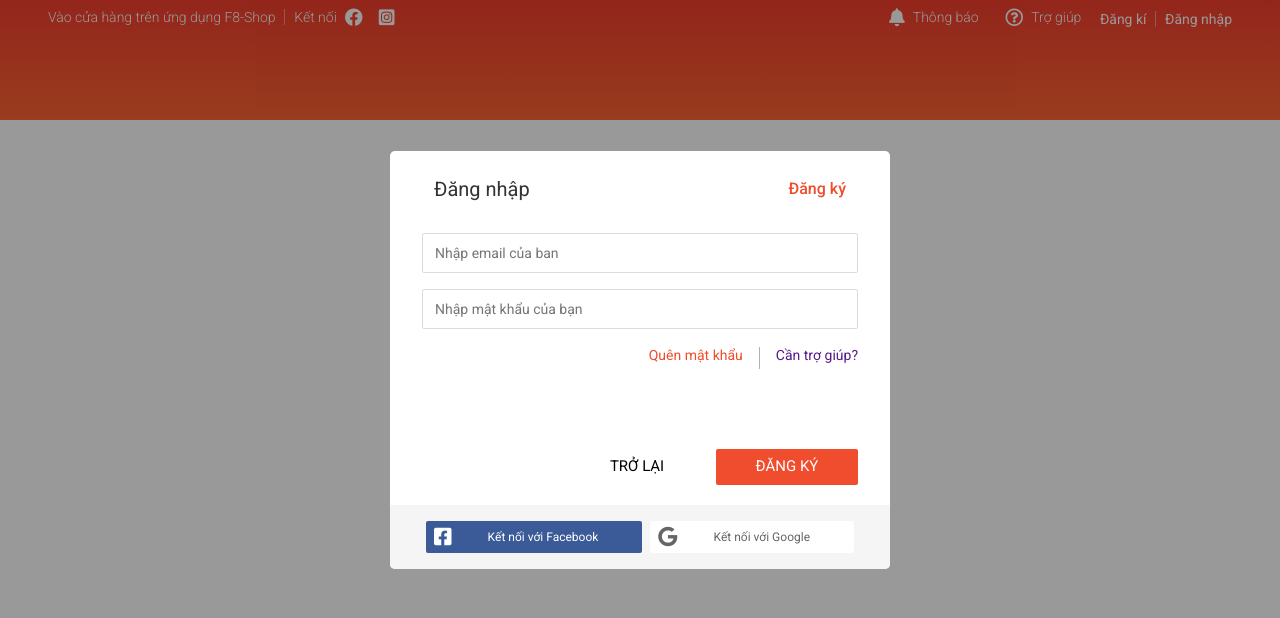
Repository: Phunobita/F8-shop
Page: index.html
These files come from the project's save history. The page is drawn as it stood at one moment and after the next save; the edit follows.
The browser window is 1280 px wide. The pictures show the whole page.

Above is the page before, as saved 2021-11-24 20:50:42.

After the next save:
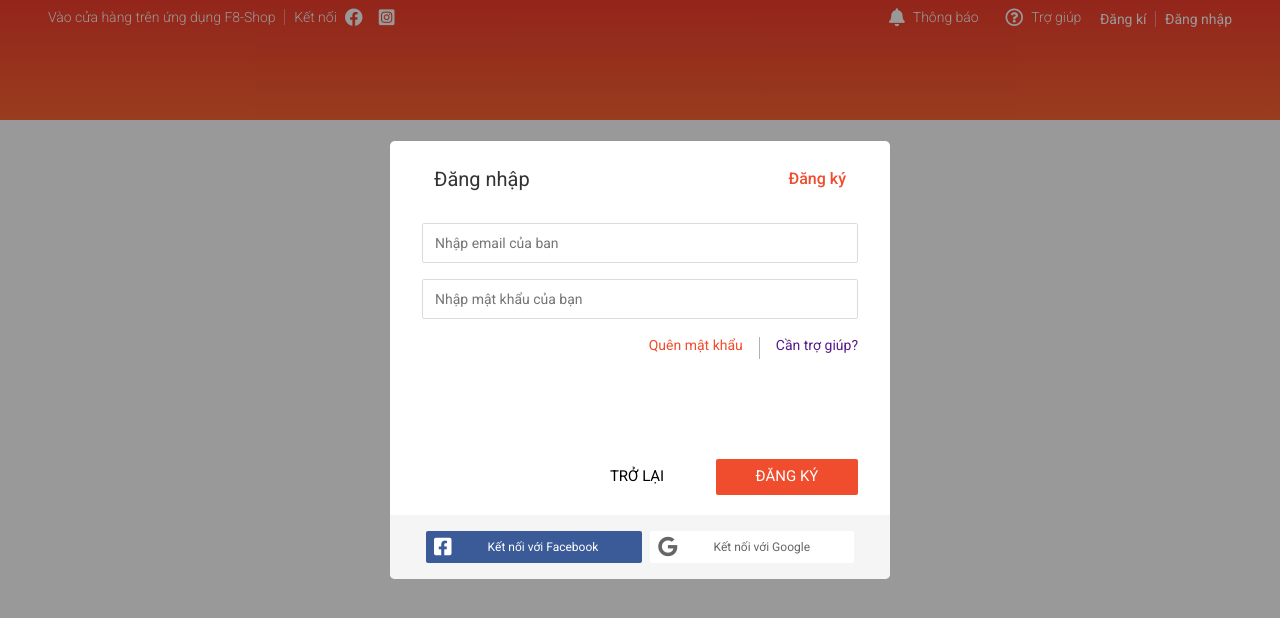
Saved 7 s later.
--- a/assets/css/main.css
+++ b/assets/css/main.css
@@ -323,5 +323,5 @@
   display: block;
   height: 22px;
   border-left: 1px solid rgb(181, 176, 176);
-  margin: 0 16px;
-}
+  margin: 0 16px 20px;
+}

After the save that followed:
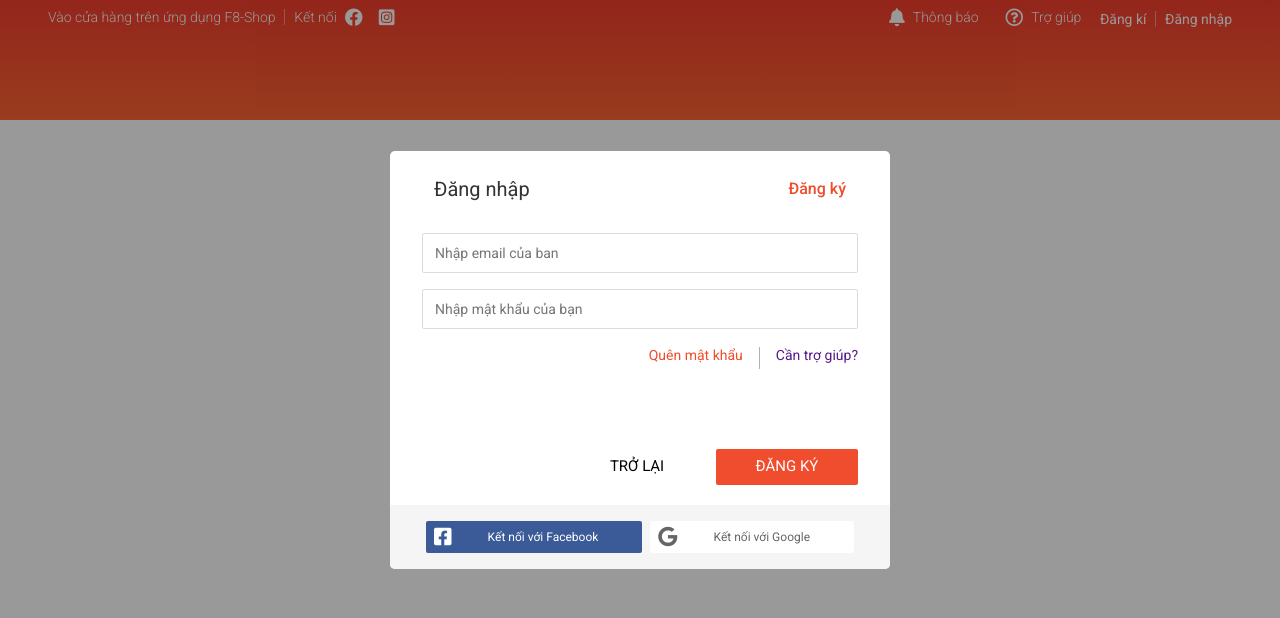
Saved 12 s later.
--- a/assets/css/main.css
+++ b/assets/css/main.css
@@ -323,5 +323,5 @@
   display: block;
   height: 22px;
   border-left: 1px solid rgb(181, 176, 176);
-  margin: 0 16px 20px;
-}
+  margin: 0 16px;
+}
